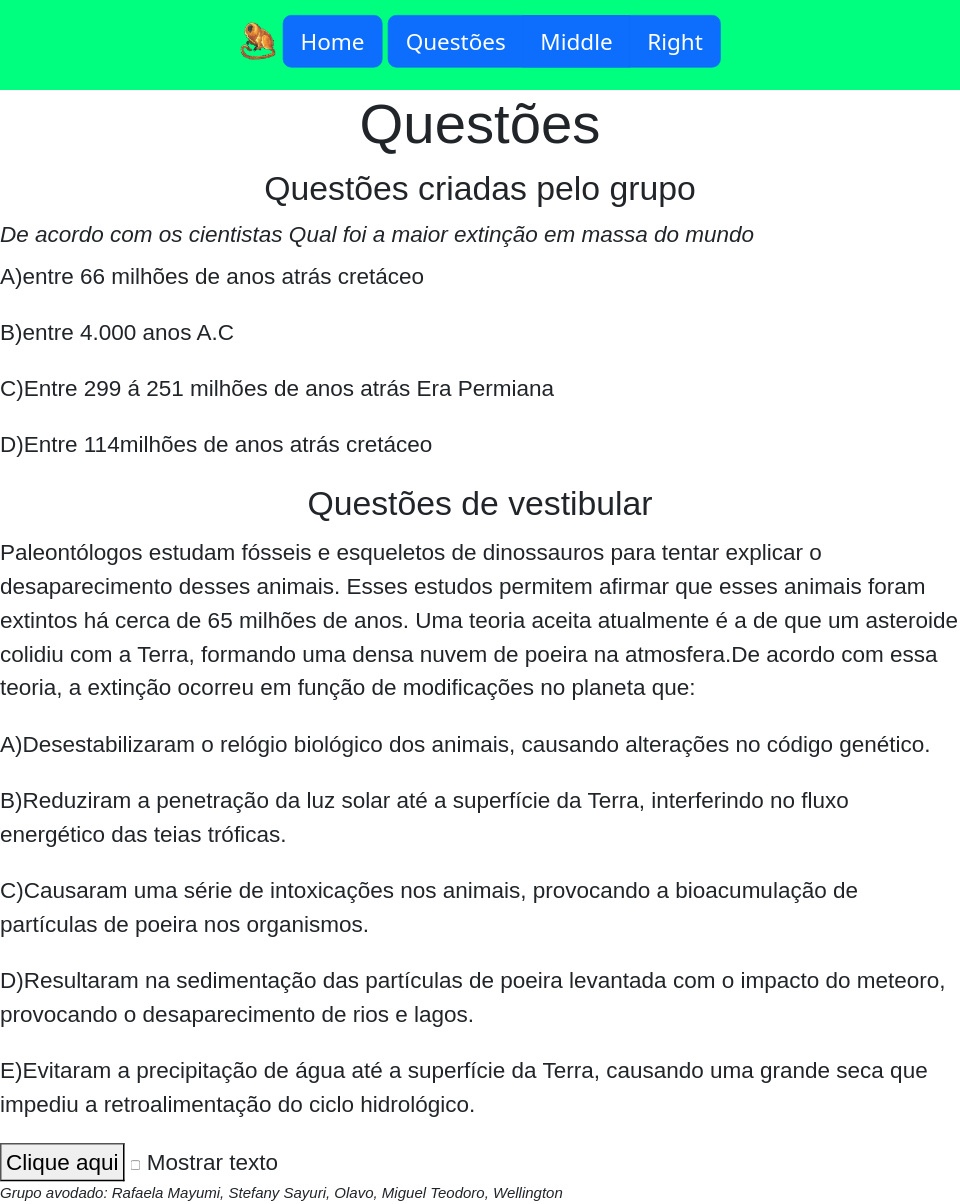
Repository: OlavoSchiavi/Site-de-biologia
Page: quest.html
An editor plug-in stored every save of this project. The page is shown before and after the next save, followed by the edit.
The browser window is 1280 px wide. The pictures show the whole page, at 75% of full size.

Above is the page before, as saved 2023-04-18 21:16:49.
Not found: JS/script.js

### quest.html
<!DOCTYPE html>
<html lang="pt-br">
<head>
    <meta charset="UTF-8">
    <meta http-equiv="X-UA-Compatible" content="IE=edge">
    <meta name="viewport" content="width=device-width, initial-scale=1.0">
    <title>Site de biologia - Questões</title>
    <link rel="stylesheet" href="CSS/style.css">
    <link href="https://cdn.jsdelivr.net/npm/bootstrap@5.3.0-alpha3/dist/css/bootstrap.min.css" rel="stylesheet" integrity="sha384-KK94CHFLLe+nY2dmCWGMq91rCGa5gtU4mk92HdvYe+M/SXH301p5ILy+dN9+nJOZ" crossorigin="anonymous">
    <link rel="icon" href="imagens/monkey.png" type="image/png">
    <link rel="stylesheet" href="JS/script.js">
    <link rel="icon" type="image/png" href="imagens/arara.png">
</head>
<body>
    <header>
        <nav class="mapa">
            <img id="logo" src="imagens/monkey.png" alt="Logo">
            <button type="button" class="btn btn-primary">
                <a href="index.html" class="button">Home</a>
            </button>
            <div class="btn-group" role="group" aria-label="Basic example">
                <button type="button" class="btn btn-primary">
                    <a href="quest.html" class="button">Questões</a>
                </button>
                <button type="button" class="btn btn-primary">Middle</button>
                <button type="button" class="btn btn-primary">Right</button>
              </div>
        </nav>
    </header>
    <main>
        <article>
            <section>
                <h1>Questões</h1>
            </section>
            <section>
                <h4>Questões criadas pelo grupo</h4>
                <h6>De acordo com os cientistas Qual foi a maior extinção em massa do mundo</h6>
                <p>A)entre 66 milhões de anos atrás cretáceo</p>
                <p>B)entre 4.000 anos A.C</p>
                <p>C)Entre 299 á 251  milhões de anos atrás Era Permiana</p>
                <p>D)Entre 114milhões de anos atrás cretáceo</p>
            </section>
            <section>
                <h4>Questões de vestibular</h4>
                <p>Paleontólogos estudam fósseis e esqueletos de dinossauros para tentar explicar o desaparecimento desses animais. Esses estudos permitem afirmar que esses animais foram extintos há cerca de 65 milhões de anos. Uma teoria aceita atualmente é a de que um asteroide colidiu com a Terra, formando uma densa nuvem de poeira na atmosfera.De acordo com essa teoria, a extinção ocorreu em função de modificações no planeta que:</p>
                    <p>A)Desestabilizaram o relógio biológico dos animais, causando alterações no código genético.</p>
                    <p>B)Reduziram a penetração da luz solar até a superfície da Terra, interferindo no fluxo energético das teias tróficas.</p>
                    <p>C)Causaram uma série de intoxicações nos animais, provocando a bioacumulação de partículas de poeira nos organismos.</p>
                    <p>D)Resultaram na sedimentação das partículas de poeira levantada com o impacto do meteoro, provocando o desaparecimento de rios e lagos.</p>
                    <p>E)Evitaram a precipitação de água até a superfície da Terra, causando uma grande seca que impediu a retroalimentação do ciclo hidrológico.</p>

                    <div id="texto"></div>

                    <button id="botao" onclick="mostrarTexto()">Clique aqui</button>

                    <script>
                    function mostrarTexto() {
                    var texto = "Este é o texto que será exibido";
                    document.getElementById("texto").innerHTML = texto;
                    }
                    </script>

                    <input type="checkbox" id="checkbox" onclick="mostrarTexto()"> Mostrar texto
                    <div id="texto"></div>

                    <script>
                    function mostrarTexto() {
                    var checkbox = document.getElementById("checkbox");
                    var texto = document.getElementById("texto");
                    if (checkbox.checked) {
                        texto.innerHTML = "Este é o texto que será exibido";
                    } else {
                        texto.innerHTML = "";
                    }
                    }
                    </script>

            </section>
        </article>
    </main>
    <footer style="font-size: 20px; font-style: italic;">
        Grupo avodado: Rafaela Mayumi, Stefany Sayuri, Olavo, Miguel Teodoro, Wellington
    </footer>
</body>
</html>

### CSS/style.css
header{
    padding: 20px;
    height: 120px;
    background-color:springgreen;
}
.arara{
    width: 20%;
    float: right;
}
#logo{
    width: 50px;
}

body,main,footer,html{
    font-family: Arial, Helvetica, sans-serif;
    font-size: 30px;
}
.button{
    color:white;
    text-decoration: none;
}
.mapa{
    text-align: center;
}
h1,h4{
    text-align: center;
}
h6{
    font-style:oblique;
}

After the next save:
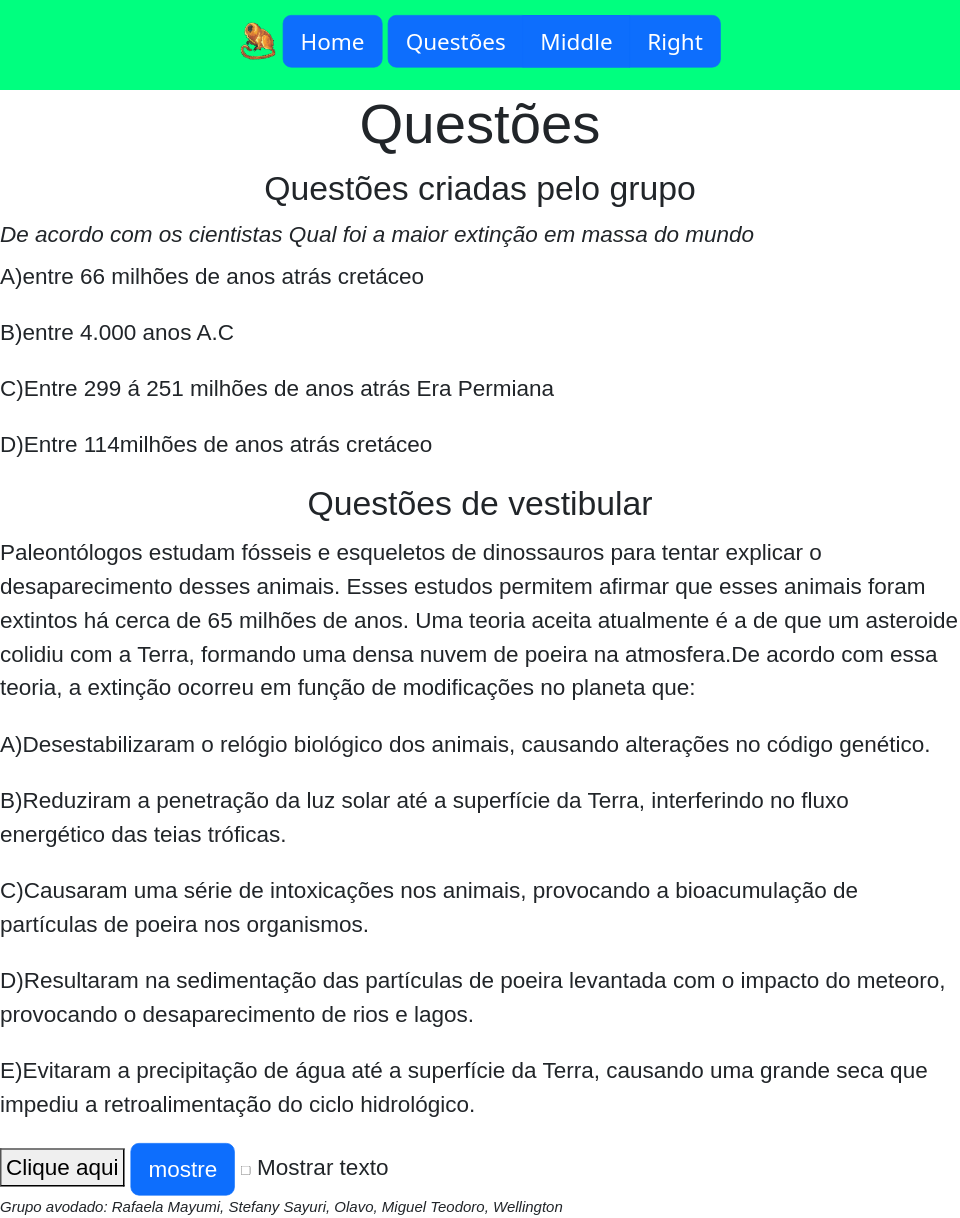
Saved 6 min 56 s later.
--- a/quest.html
+++ b/quest.html
@@ -60,9 +60,23 @@
                     }
                     </script>
 
+
+                    <button type="button" class="btn btn-primary" data-bs-toggle="button">mostre
+                        <script>
+                            function mostrarTexto() {
+                              var checkbox = document.getElementById("checkbox");
+                              var texto = document.getElementById("texto");
+                              if (checkbox.checked) {
+                                texto.innerHTML = "Este é o texto que será exibido";
+                              } else {
+                                texto.innerHTML = "";
+                              }
+                            }
+                            </script>
+                    </button>
+
                     <input type="checkbox" id="checkbox" onclick="mostrarTexto()"> Mostrar texto
                     <div id="texto"></div>
-
                     <script>
                     function mostrarTexto() {
                     var checkbox = document.getElementById("checkbox");
